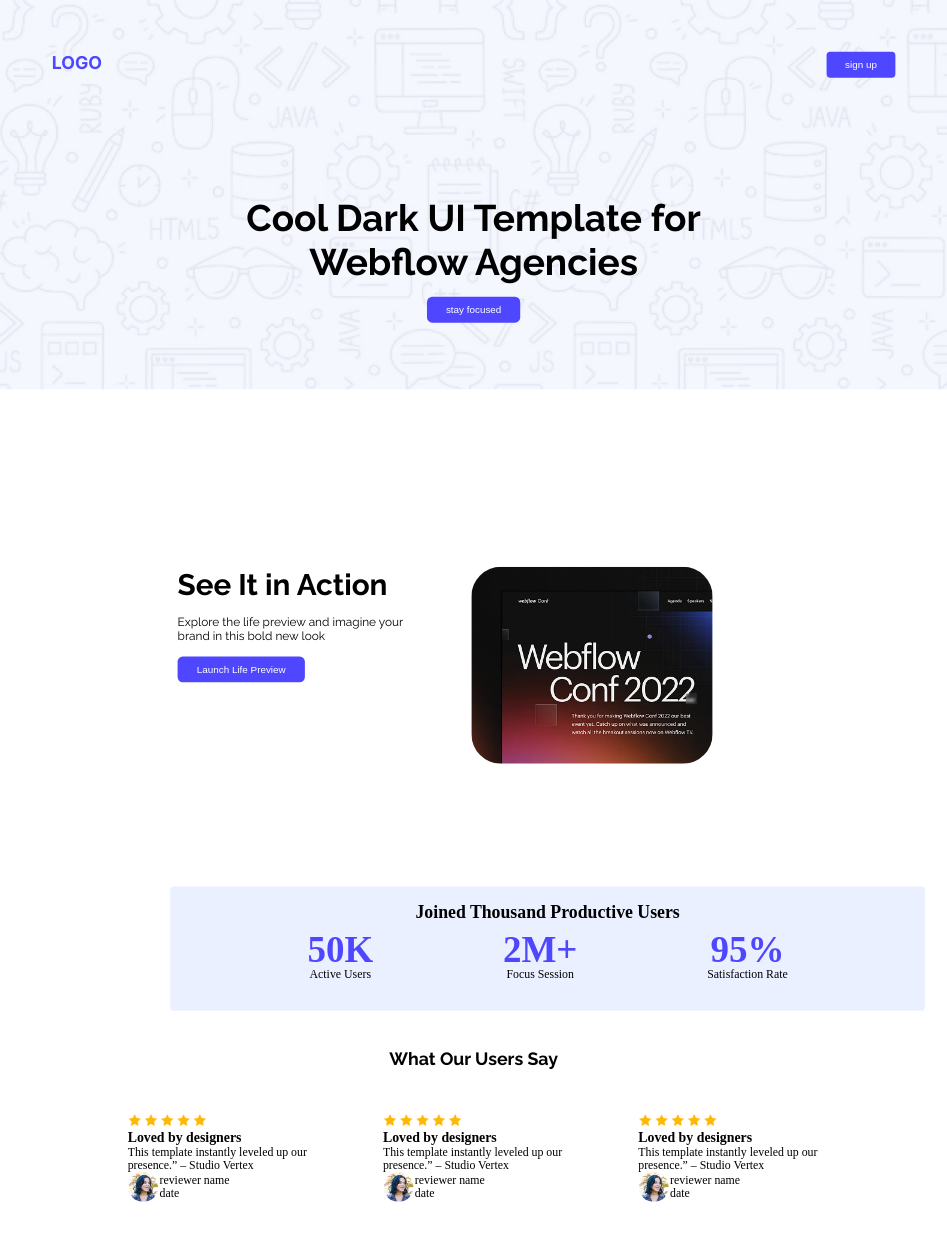
Repository: dollyrakhe22/landing-launchpad
Page: index.html
These files come from the project's save history. The page is drawn as it stood at one moment and after the next save; the edit follows.
The browser window is 1280 px wide. The pictures show the whole page, at 74% of full size.

Above is the page before, as saved 2025-07-11 08:06:19.

### index.html
<!DOCTYPE html>
<html lang="en">
<head>
    <meta charset="UTF-8">
    <meta name="viewport" content="width=device-width, initial-scale=1.0">
    <title>Landing Launchpad</title>
    <link rel="preconnect" href="https://fonts.googleapis.com">
    <link rel="preconnect" href="https://fonts.googleapis.com">
<link rel="preconnect" href="https://fonts.gstatic.com" crossorigin>
<link href="https://fonts.googleapis.com/css2?family=Inter:ital,opsz,wght@0,14..32,100..900;1,14..32,100..900&family=Open+Sans:ital,wght@0,300..800;1,300..800&family=Raleway:ital,wght@0,100..900;1,100..900&display=swap" rel="stylesheet">
    <link rel="stylesheet" href="style.css">
   </head>
   <body>
    <header>

        <nav>
         <h2 class="inter-normal">LOGO</h2>
            <a href="#"><button>sign up</button></a>
        </nav>
        <div class="banner-section">
             <h1 class="raleway-normal" >Cool Dark UI Template for <br>Webflow Agencies</h1><br>
            <a href=""><button class="button-container">stay focused</button></a>
        </div>
    </header>
    <main>
           <!--action-container--->
           <div class="section-1">
            <div >
                <h3 class="raleway-normal">See It in Action</h3><br>
                <p class="raleway-normal" >Explore the life preview and imagine your<br>brand in this bold new look</p><br>
                 <a href=""><button class="button-container">Launch Life Preview</button></a>
                 </div>
                <div>
                     <img src="Assets/wc-mini.png" weight="90%"height="80%"
                     alt="" srcset="">
                </div>
            </div>
           <!--Users-Section-->
           <section class="users-container">
            <h1>Joined Thousand Productive Users</h1>
            <div class="contain">
                 <div>
                <h1>50K</h1>
                <p>Active Users</p>
            </div>
            <div>
                <h1>2M+</h1>
                <p>Focus Session</p>
            </div>
            <div>
                <h1>95%</h1>
                <p>Satisfaction Rate</p>
            </div>
            </div>


           </section>
            <!--Review-Card-->
            <section class="review-card">
                <h1 class="raleway-normal">What Our Users Say</h1>
                <div class="review-box">


                    <div class="box-1">
                 <div class="stars">
                   <img src="Assets/icon-star.png" alt="" srcset="">
                   <img src="Assets/icon-star.png" alt="" srcset="">
                   <img src="Assets/icon-star.png" alt="" srcset="">
                   <img src="Assets/icon-star.png" alt="" srcset="">
                   <img src="Assets/icon-star.png" alt="" srcset="">
                </div>
                <h3>Loved by designers</h3>
                <p>This template instantly leveled up our<br> presence.” – Studio Vertex</p>
                <div class="avater">
                <div class="user-details">
                    <img src="Assets/avatar.png" alt="" srcset="">

                <p>reviewer name<br>date</p>

                </div>
                </div>

               </div>

                <div class="box-1">
                     <div class="stars">
                   <img src="Assets/icon-star.png" alt="" srcset="">
                   <img src="Assets/icon-star.png" alt="" srcset="">
                   <img src="Assets/icon-star.png" alt="" srcset="">
                   <img src="Assets/icon-star.png" alt="" srcset="">
                   <img src="Assets/icon-star.png" alt="" srcset="">
                </div>
                <h3>Loved by designers</h3>
                <p>This template instantly leveled up our<br> presence.” – Studio Vertex</p>
                <div class="avater">
                <div class="user-details">
                    <img src="Assets/avatar.png" alt="" srcset="">

                <p>reviewer name<br>date</p>

                </div>
                </div>
                </div>



                <div class="box-1">
                         <div class="stars">
                   <img src="Assets/icon-star.png" alt="" srcset="">
                   <img src="Assets/icon-star.png" alt="" srcset="">
                   <img src="Assets/icon-star.png" alt="" srcset="">
                   <img src="Assets/icon-star.png" alt="" srcset="">
                   <img src="Assets/icon-star.png" alt="" srcset="">
                </div>
                <h3>Loved by designers</h3>
                <p>This template instantly leveled up our<br> presence.” – Studio Vertex</p>
                <div class="avater">
                <div class="user-details">
                    <img src="Assets/avatar.png" alt="" srcset="">

                <p>reviewer name<br>date</p>

                </div>
                </div>
                </div>
                </div>



            </section>

    </main>
    <footer>

    </footer>
</body>
</html>

### style.css
*{
    padding: 0;
    margin: 0;
}


.inter-normal {
  font-family: "Inter", sans-serif;
  font-optical-sizing: auto;
  font-style: normal;
}
header{
    background-image: url("Assets/Hero-bg.png");


}
/*nav style*/
h2{
    color:#4E47FF;
   font-weight:bolder;


}
nav{
    display: flex;
    justify-content: space-between;
    padding: 70px;
}
nav button{
    text-decoration: none;
    padding: 10px 25px;
    background-color:#4E47FF ;
    color:white;
    border-radius: 5px;
    border: none;


}

.raleway-normal{
  font-family: "Raleway", sans-serif;
  font-optical-sizing: auto;
  font-style: normal;
}
.banner-section{
    text-align: center;
    padding: 90px;
}
.banner-section h1{
    font-weight: bolder;
    font-size: 50px;
}
.button-container{
     padding: 10px 26px;
    background-color:#4E47FF ;
    color:white;
    border-radius: 7px;
    border: none;

}
/*action-container*/

.section-1{
    display: flex;
    justify-content: space-between;
    padding: 50px;
    margin: 190px;

}
.section-1 h3{
    font-size: 40px;
}
.section-1  p{

}
.section-1 img{
    border-radius: 40px;


}
/*Users- Section*/
.users-container{

    text-align: center;
    border: none;
    background-color: #eaf0ff;
    max-width: 1000px;
    padding:10px;
    margin: 0px 0px 0px 230px;
    margin-bottom: 50px;
    margin-top: -140px;
    border-radius: 5px;


}
.users-container h1{
    line-height: 50px;
}
.contain{
    display: flex;
    justify-content: center;
    justify-content: space-evenly;
    margin-bottom: 30px;



}
.contain h1{
    color: #4E47FF ;
    font-weight: bold;
    font-size: 50px;

}
/*Review-Card*/

   .box-1{
    border: none;
    width:280px;
    padding: 20px;
    margin-right: 5px;
    background-color:#0000;
    box-shadow:

   }
.review-box{
    display: flex;
    justify-content: center;
    gap: 20px;
    margin: 40px 0px 40px 40px;


}

.review-card h1{
    text-align: center;
}
.user-details img{
    border-radius: 50%;
}
.user-details{
    display: flex;
    align-items: center;
    gap:2px;
}

After the next save:
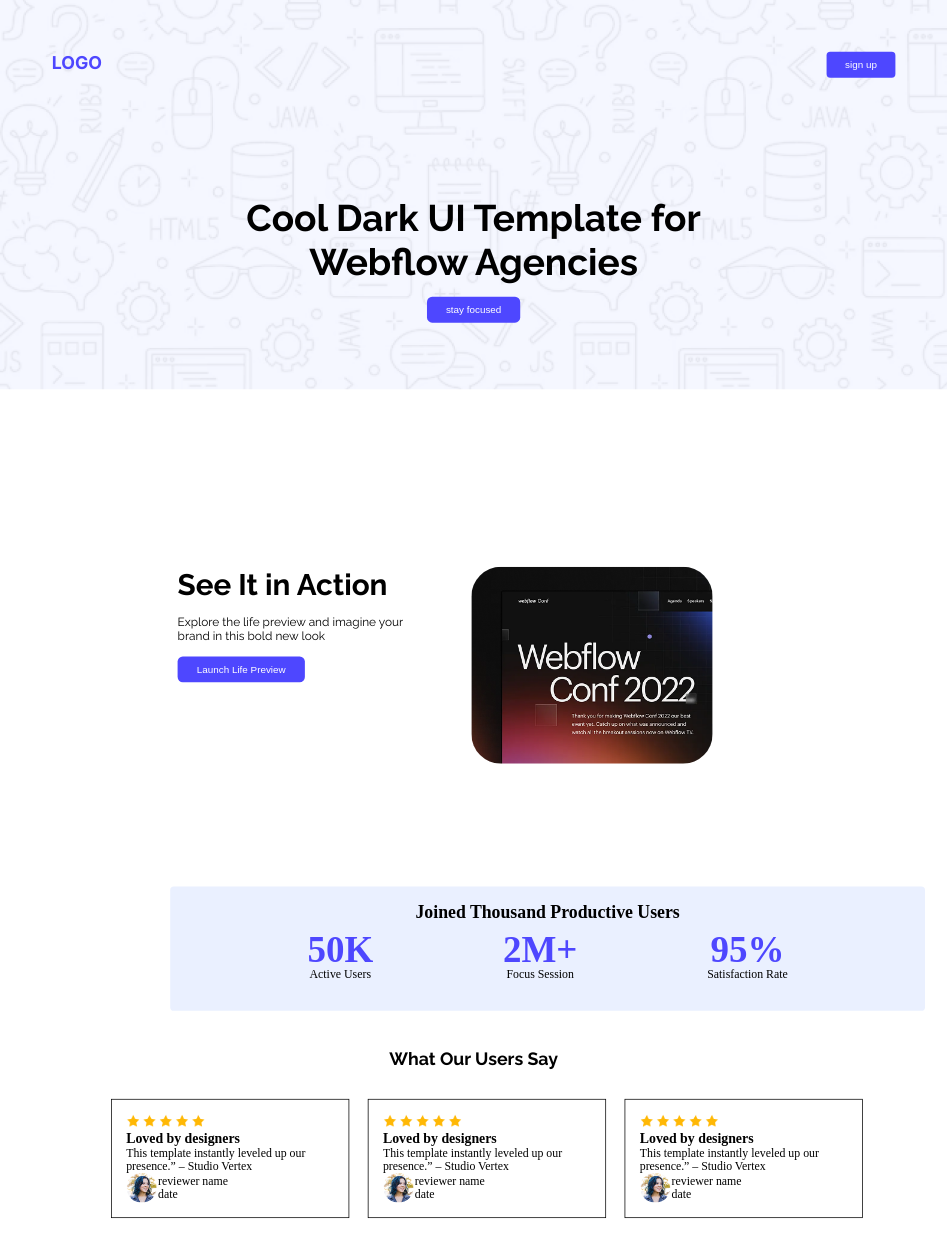
Saved 54 s later.
--- a/style.css
+++ b/style.css
@@ -114,7 +114,7 @@ nav button{
 /*Review-Card*/
 
    .box-1{
-    border: none;
+    border: 1px solid black;
     width:280px;
     padding: 20px;
     margin-right: 5px;
